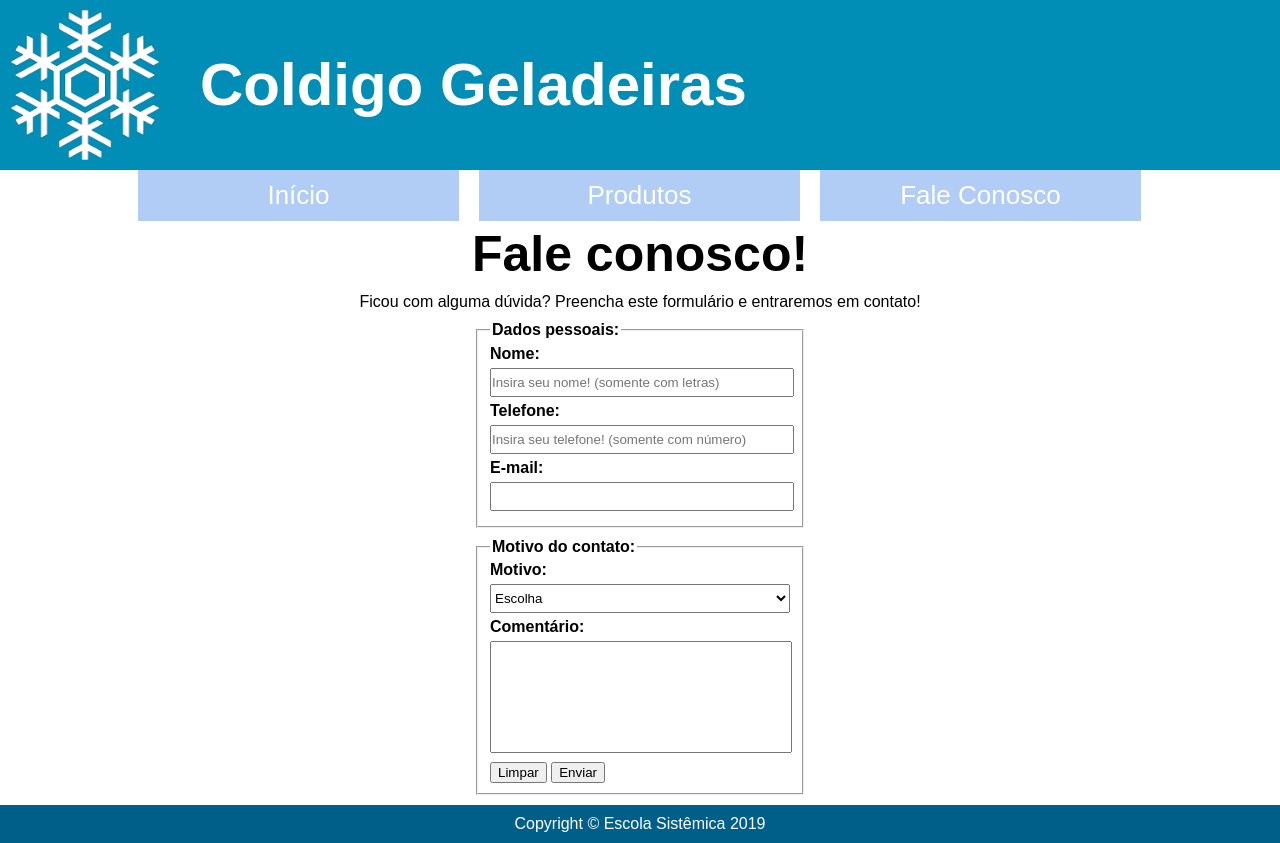
Repository: viniJulio/Coldigo
Page: ProjetoTrilhaWeb/WebContent/pages/site/faleconosco.html
These files come from the project's save history. The page is drawn as it stood at one moment and after the next save; the edit follows.
The browser window is 1280 px wide. The pictures show the whole page.

Above is the page before, as saved 2023-03-08 00:19:27.

After the next save:
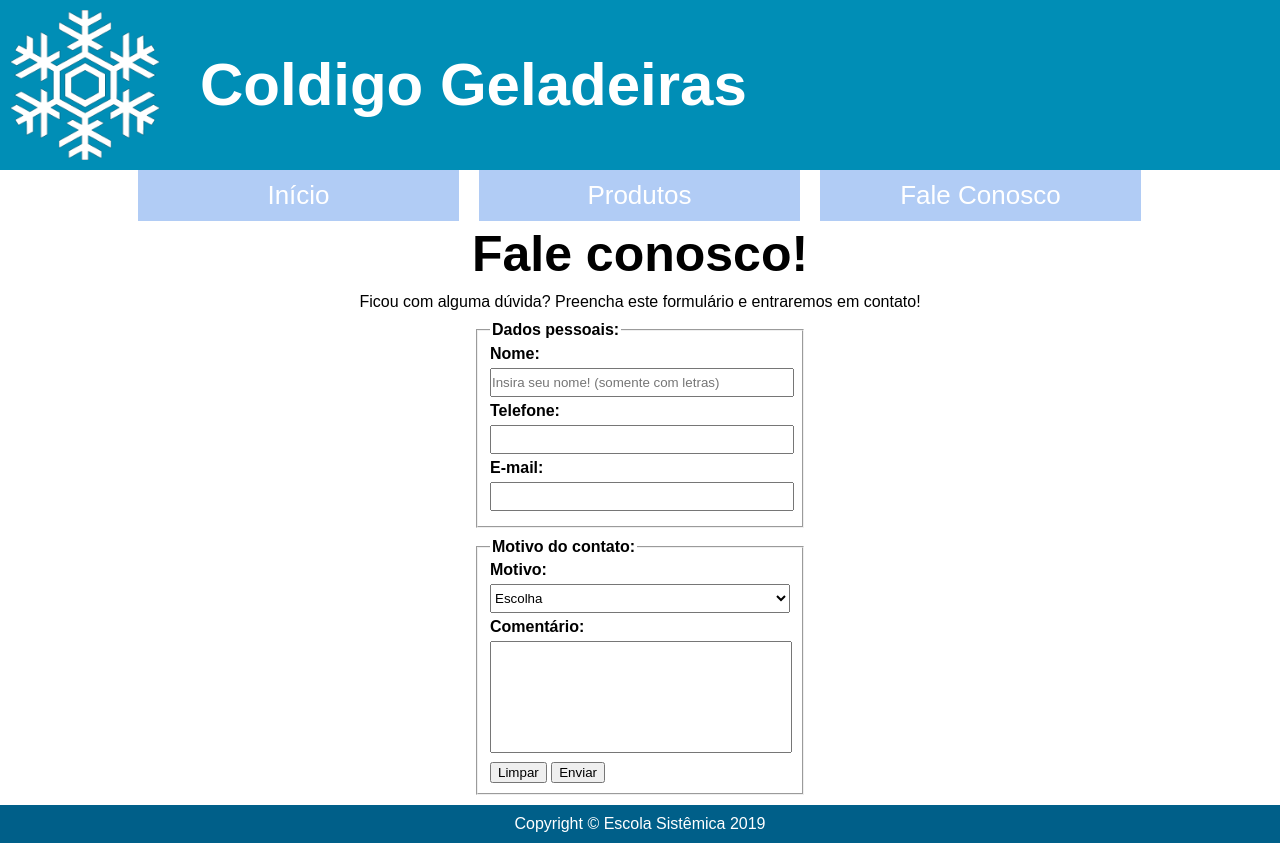
Saved 20 s later.
--- a/ProjetoTrilhaWeb/WebContent/pages/site/faleconosco.html
+++ b/ProjetoTrilhaWeb/WebContent/pages/site/faleconosco.html
@@ -27,7 +27,7 @@
 				<legend>Dados pessoais:</legend>
 				<label for="nome">Nome: </label> <input type="text" name="txtnome"
 					id="nome" pattern="[A-Za-z0-9]+" placeholder="Insira seu nome! (somente com letras)"> <label for="fone">Telefone: </label> <input
-					type="text" name="txtfone" id="fone" placeholder="Insira seu telefone! (somente com número)"> <label for="email">E-mail:
+					type="text" name="txtfone" id="fone" > <label for="email">E-mail:
 				</label> <input type="email" name="txtemail" id="email">
 			</fieldset>
 			<fieldset class="faleConosco">
